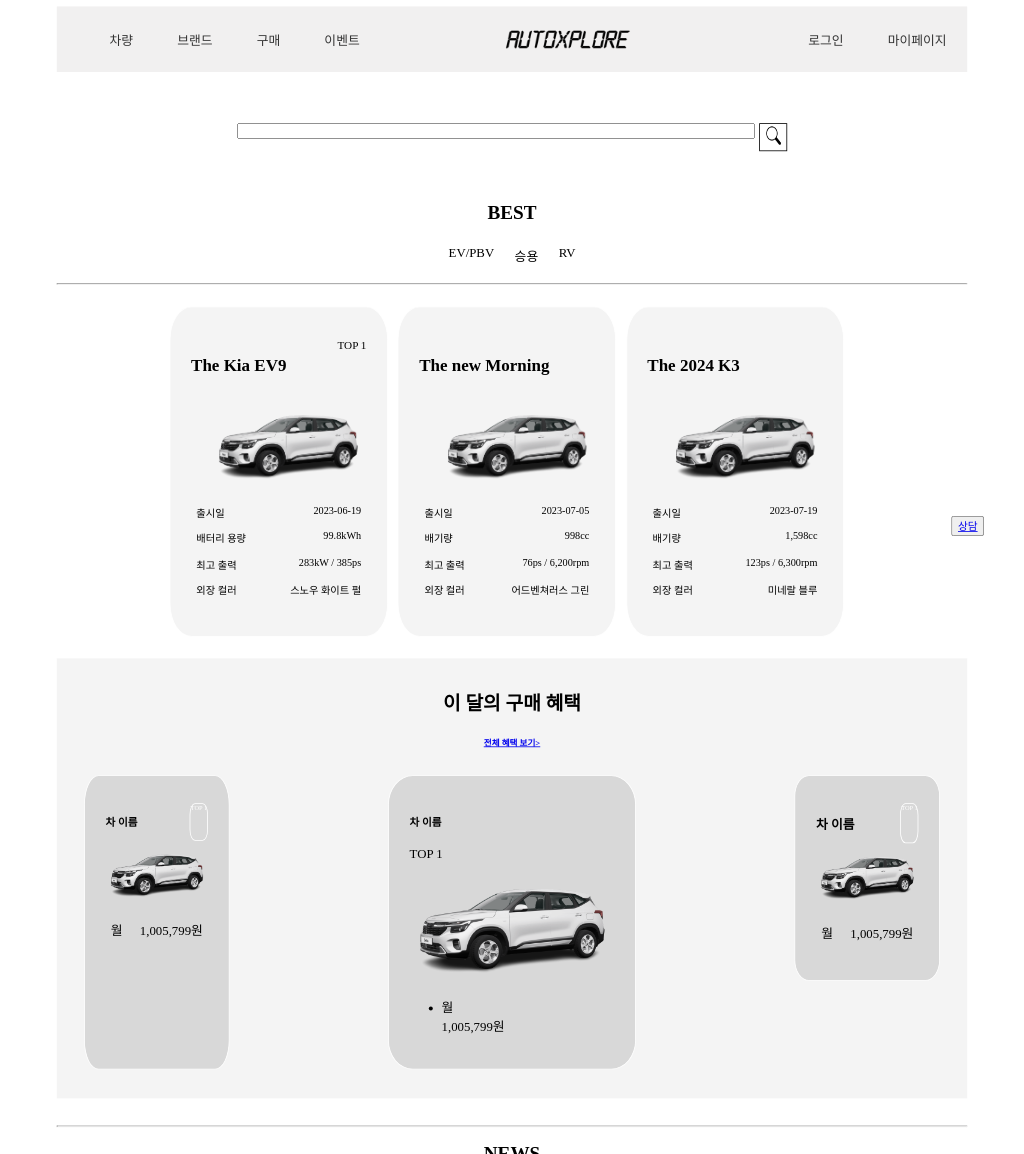
Repository: Autoxplore/Autoxplore
Page: mainPage.html
The author's editor kept a copy of each file at every save. The page is drawn from the files as they stood at one save, then again after the next save.
The browser window is 1280 px wide. The pictures show the part of the page from y = 0 to 1442 px (the page is 2450 px tall before and 2436 px after), at 80% of full size.
A picture or video elsewhere on the page could not be fetched, so the positions and the page height are approximate.

Above is the page before, as saved 2023-08-03 15:28:24.

After the next save:
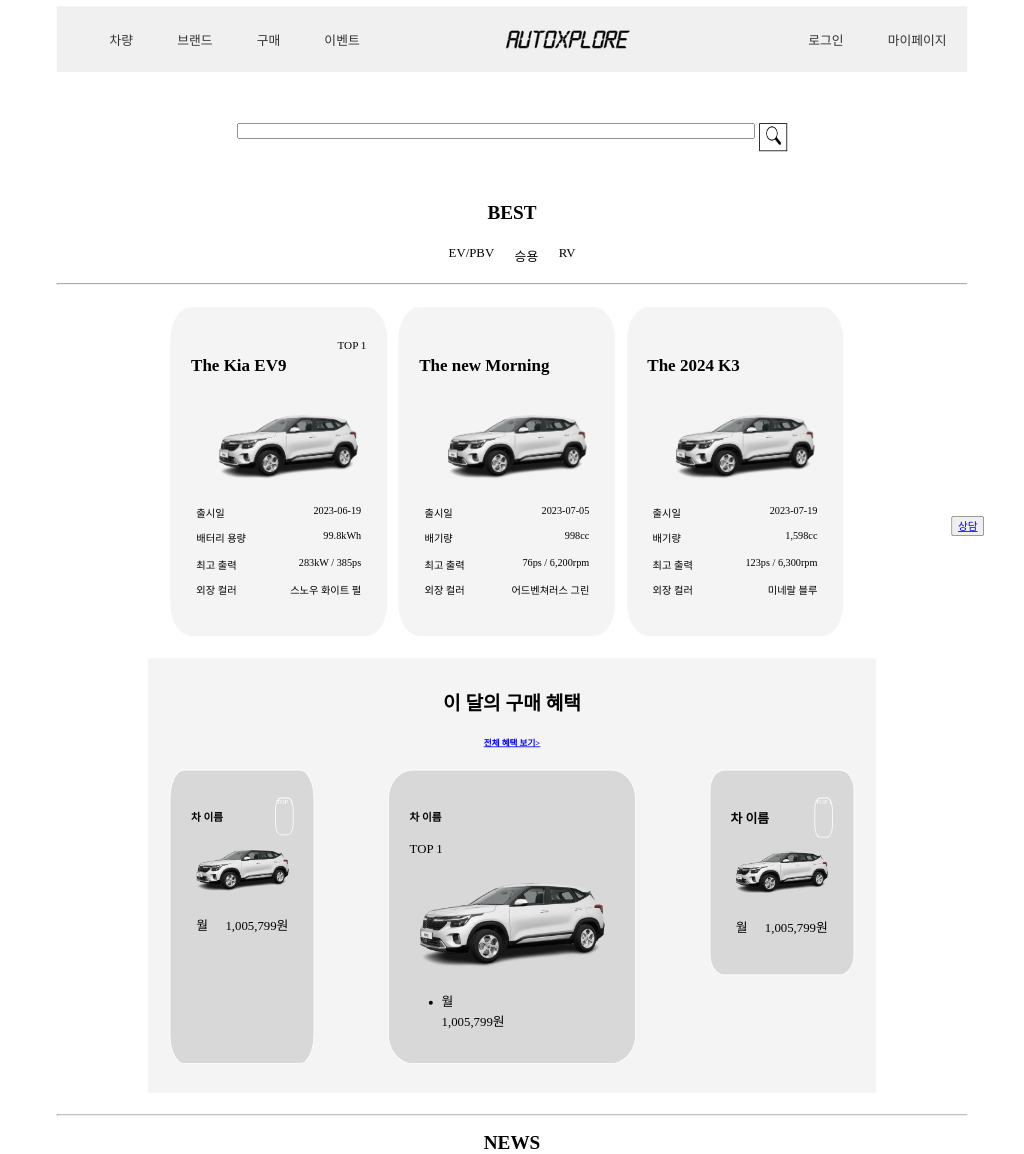
Saved 34 s later.
--- a/mainPage.html
+++ b/mainPage.html
@@ -125,7 +125,7 @@
                 </div>
             </div>
         </div>
-        <div class="monthBenefit">
+        <div id="wrap1" class="monthBenefit">
             <h2>이 달의 구매 혜택</h2>
             <h6><a href="#">전체 혜택 보기></a></h6>
             <div class="benefitContent">

After the save that followed:
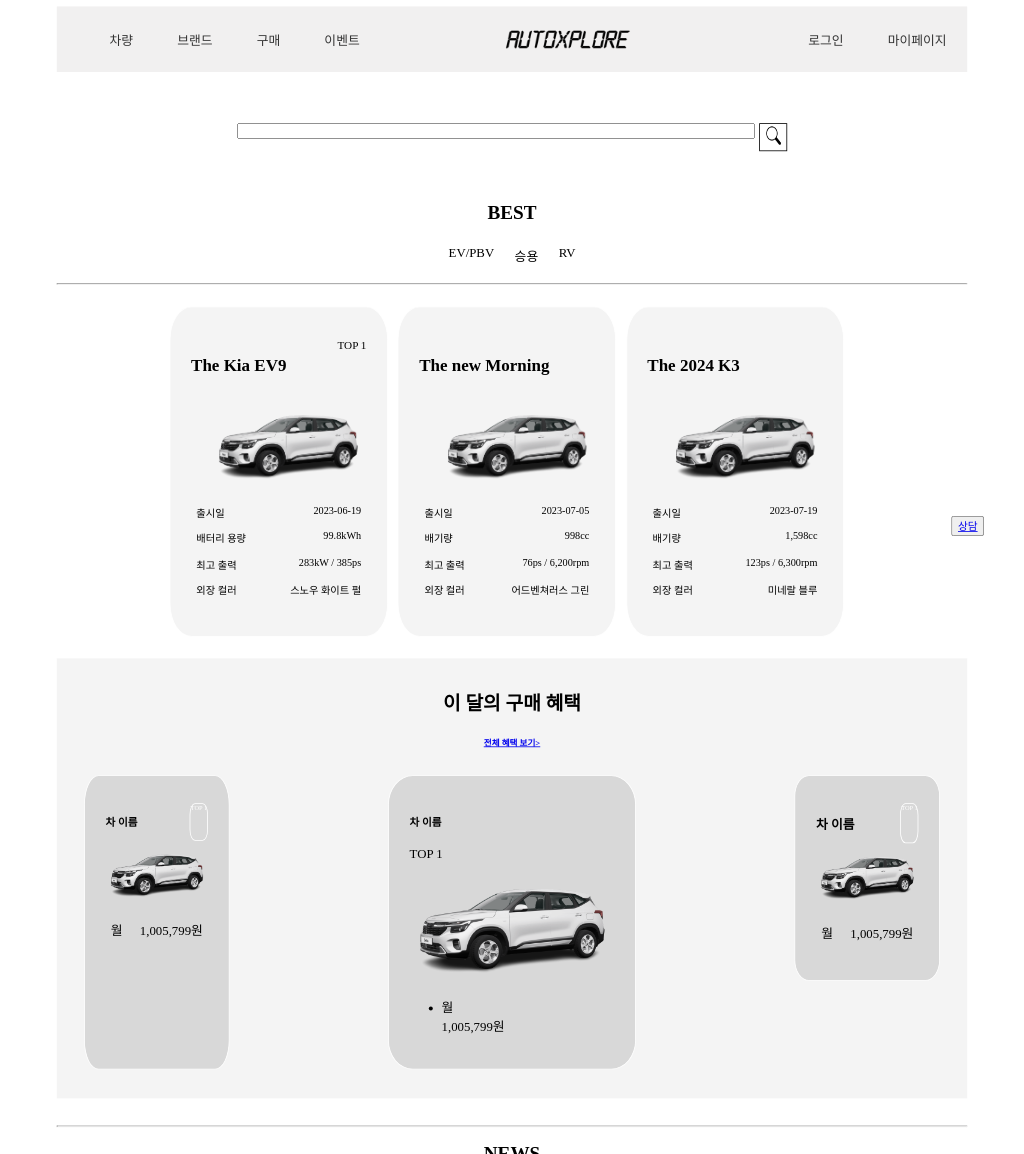
Saved 9 s later.
--- a/mainPage.html
+++ b/mainPage.html
@@ -125,7 +125,7 @@
                 </div>
             </div>
         </div>
-        <div id="wrap1" class="monthBenefit">
+        <div class="monthBenefit">
             <h2>이 달의 구매 혜택</h2>
             <h6><a href="#">전체 혜택 보기></a></h6>
             <div class="benefitContent">
